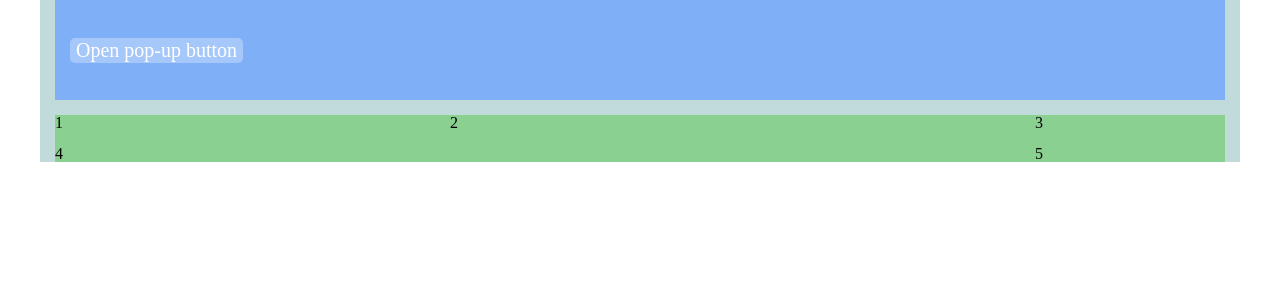
Repository: Evgenius190999999/nodasoft
Page: index.html
An editor plug-in stored every save of this project. The page is shown before and after the next save, followed by the edit.
The browser window is 1280 px wide. The pictures show the whole page.
Some web libraries are served in a nearby version. The style sheet was rebuilt from its Sass, Less or Tailwind sources for each picture, by a compiler version that may differ from the author's.

Above is the page before, as saved 2022-07-08 14:46:57.

### index.html
<!DOCTYPE html>
<html lang="en">

<head>
    <meta charset="UTF-8">
    <meta http-equiv="X-UA-Compatible" content="IE=edge">
    <meta name="viewport" content="width=device-width, initial-scale=1.0">
    <link rel="stylesheet" href="./style/normalize.css">
    <link rel="stylesheet" href="./style/reset.css">
    <link rel="stylesheet" href="./style/style.css">
    <script src="https://kit.fontawesome.com/33ab42410f.js" crossorigin="anonymous"></script>
    <title>Nodasoft</title>
</head>

<body>
    <div class="wrapper ">
        <header class="header container">
            <button class="open__popup">Open pop-up button</button>
        </header>
        <div class="parent container">
            <div class="div1">1</div>
            <div class="div2">2</div>
            <div class="div3">3</div>
            <div class="div4">4</div>
            <div class="div5">5</div>
        </div>
    </div>

</body>

</html>

### style/sass/style.sass

*, *::after, *::before
    box-sizing: border-box

.wrapper
    max-width: 1200px
    margin: 0 auto
    background: #C0DBD9

.header
    display: flex
    align-items: center
    justify-content: flex-start
    padding: 0 15px
    background: #7FAFF7
    height: 100px

.container
    max-width: 1170px
    margin: 0 auto

.open__popup
    background: #A5C7F9
    border-radius: 5px
    border: none
    font-size: 20px
    line-height: 23px
    color: #FFFFFF

.parent
    display: grid
    grid-template-columns: 2fr 3fr 1fr
    grid-template-rows: repeat(2, 1fr)
    grid-column-gap: 15px
    grid-row-gap: 15px
    background: #8AD191
    margin-top: 15px

.div1
    grid-area: 1 / 1 / 2 / 2

.div2
    grid-area: 1 / 2 / 2 / 3
.div3
    grid-area: 1 / 3 / 2 / 4
.div4
    grid-area: 2 / 1 / 3 / 3
.div5
    grid-area: 2 / 3 / 3 / 4

Loaded but not shown: style/normalize.css (library); style/reset.css (common file)

After the next save:
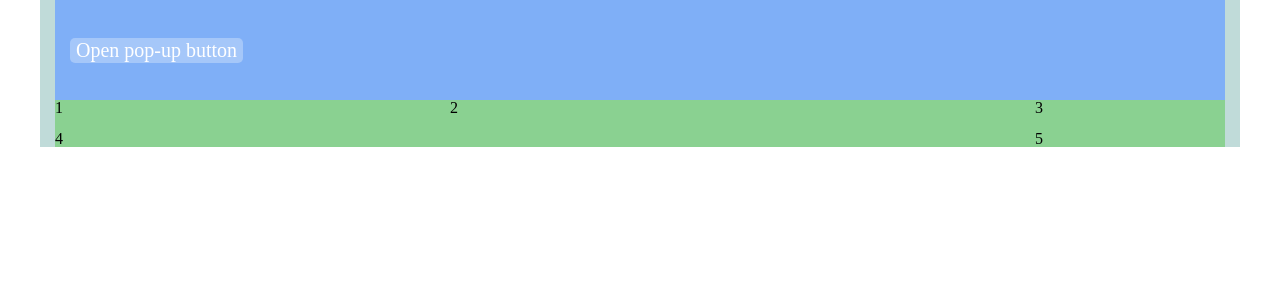
Saved 18 s later.
--- a/style/sass/style.sass
+++ b/style/sass/style.sass
@@ -14,6 +14,7 @@
     padding: 0 15px
     background: #7FAFF7
     height: 100px
+    margin-top: 15px
 
 .container
     max-width: 1170px
@@ -34,7 +35,6 @@
     grid-column-gap: 15px
     grid-row-gap: 15px
     background: #8AD191
-    margin-top: 15px
 
 .div1
     grid-area: 1 / 1 / 2 / 2
